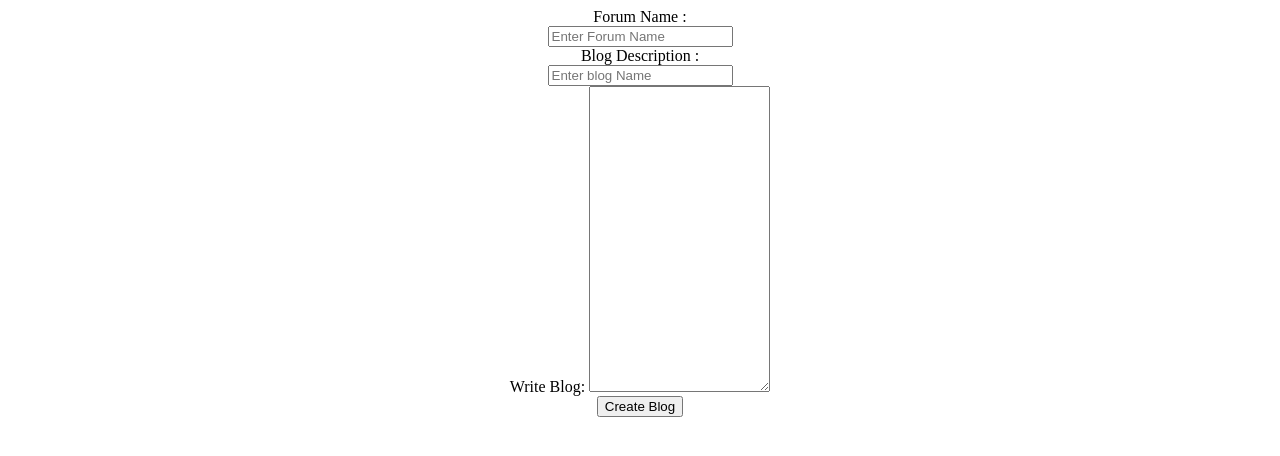
Repository: JamesArul/CLBSiteSTMT
Page: StudentsMeetFrontEnd/WebContent/Forum/ForumCreate.html
The author's editor kept a copy of each file at every save. The page is drawn from the files as they stood at one save, then again after the next save.
The browser window is 1280 px wide. The pictures show the whole page.

Above is the page before, as saved 2017-06-03 06:45:08.

After the next save:
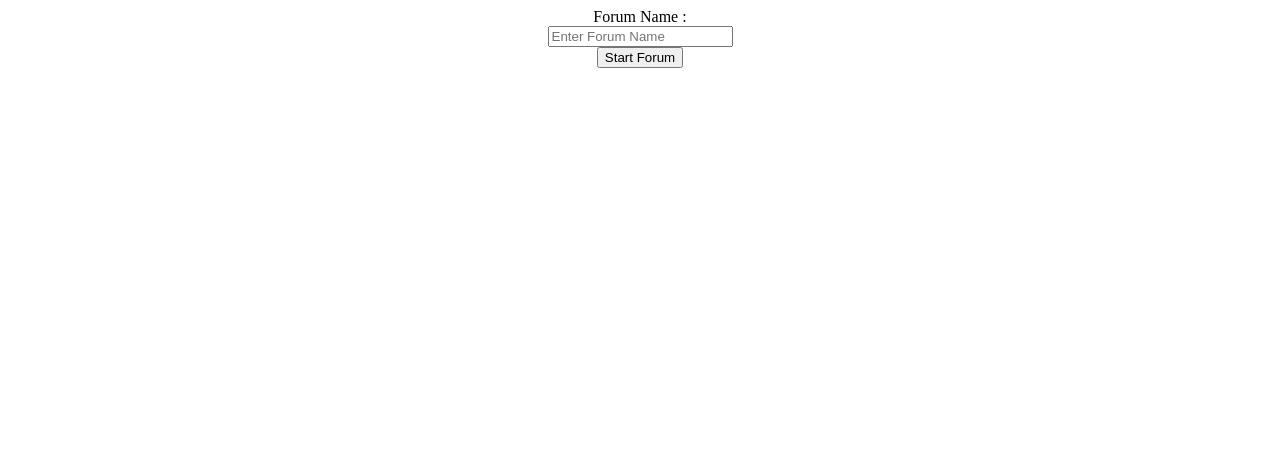
Saved 30 s later.
--- a/StudentsMeetFrontEnd/WebContent/Forum/ForumCreate.html
+++ b/StudentsMeetFrontEnd/WebContent/Forum/ForumCreate.html
@@ -9,18 +9,8 @@
     </div>
   </div>
   <div class="form-group">
-    <label class="control-label col-sm-2" for="blogDesc">Blog Description :</label>
-    <div class="col-sm-10">
-      <input type="text" class="form-control" id="blogDesc" placeholder="Enter blog Name"  ng-model="btrl.blog.blogDescription">
-    </div>
-  </div>
-  <div class="form-group">
-  	<label for="blogData">Write Blog:</label>
-  	<textarea class="form-control" rows="20" id="blogData" ng-model="btrl.blog.blogData"></textarea>
-  </div>
-  <div class="form-group">
     <div class="col-sm-offset-2 col-sm-10">
-	<input type="submit" value="Create Blog">
+	<input type="submit" value="Start Forum">
 	</div>
 </form>
 </center>
